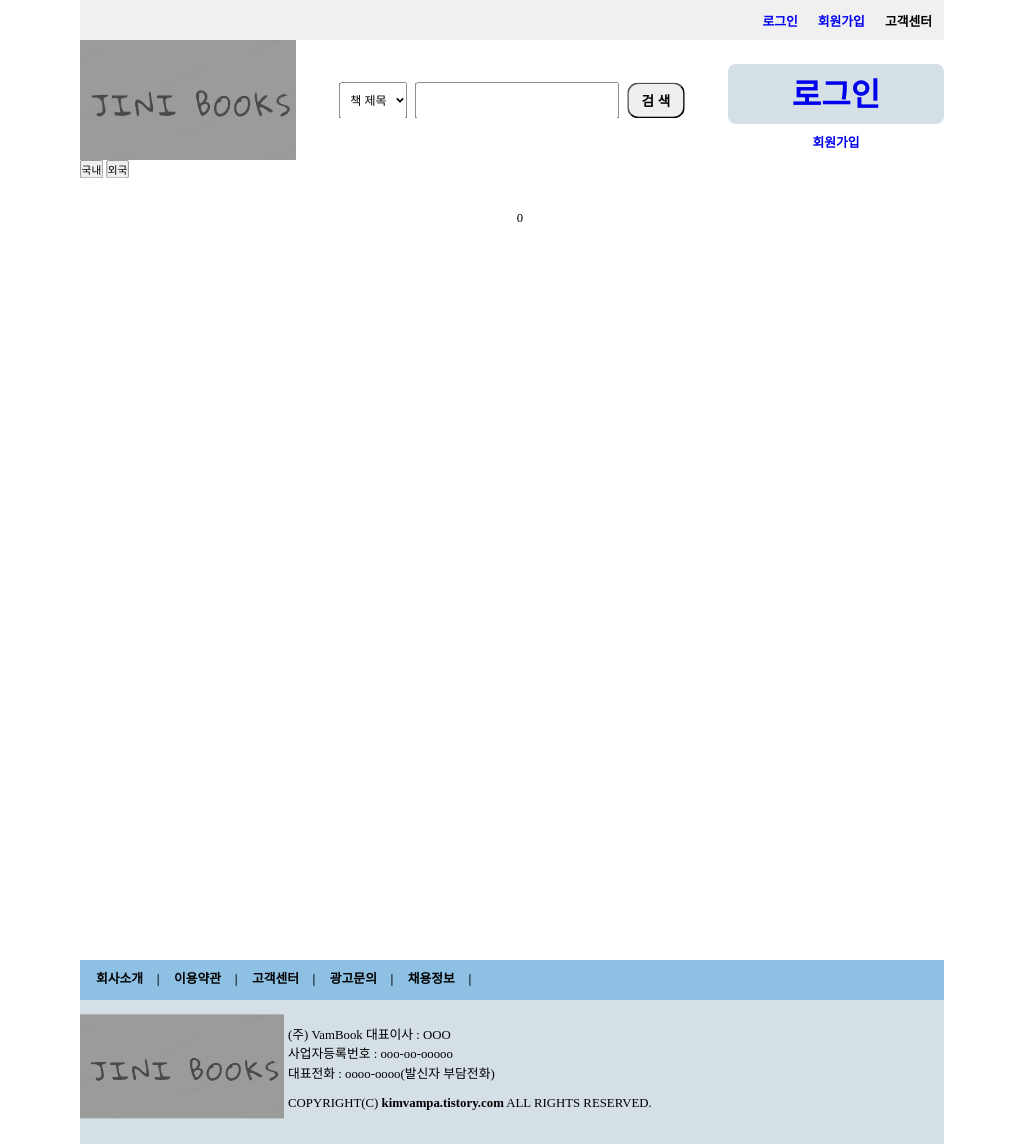
Repository: leechanjin7/ShoppingMall
Page: http://localhost/ShoppingMall/WEB-INF/views/search.jsp
The author's editor kept a copy of each file at every save. The page is drawn from the files as they stood at one save, then again after the next save.
The browser window is 1280 px wide. The pictures show the whole page, at 80% of full size.
The page is served by Tomcat 9. Nobody is signed in. The template is opened directly, without the code that normally fills it, so the values that code supplies are empty.

Above is the page before, as saved 2023-09-12 02:24:17.

After the next save:
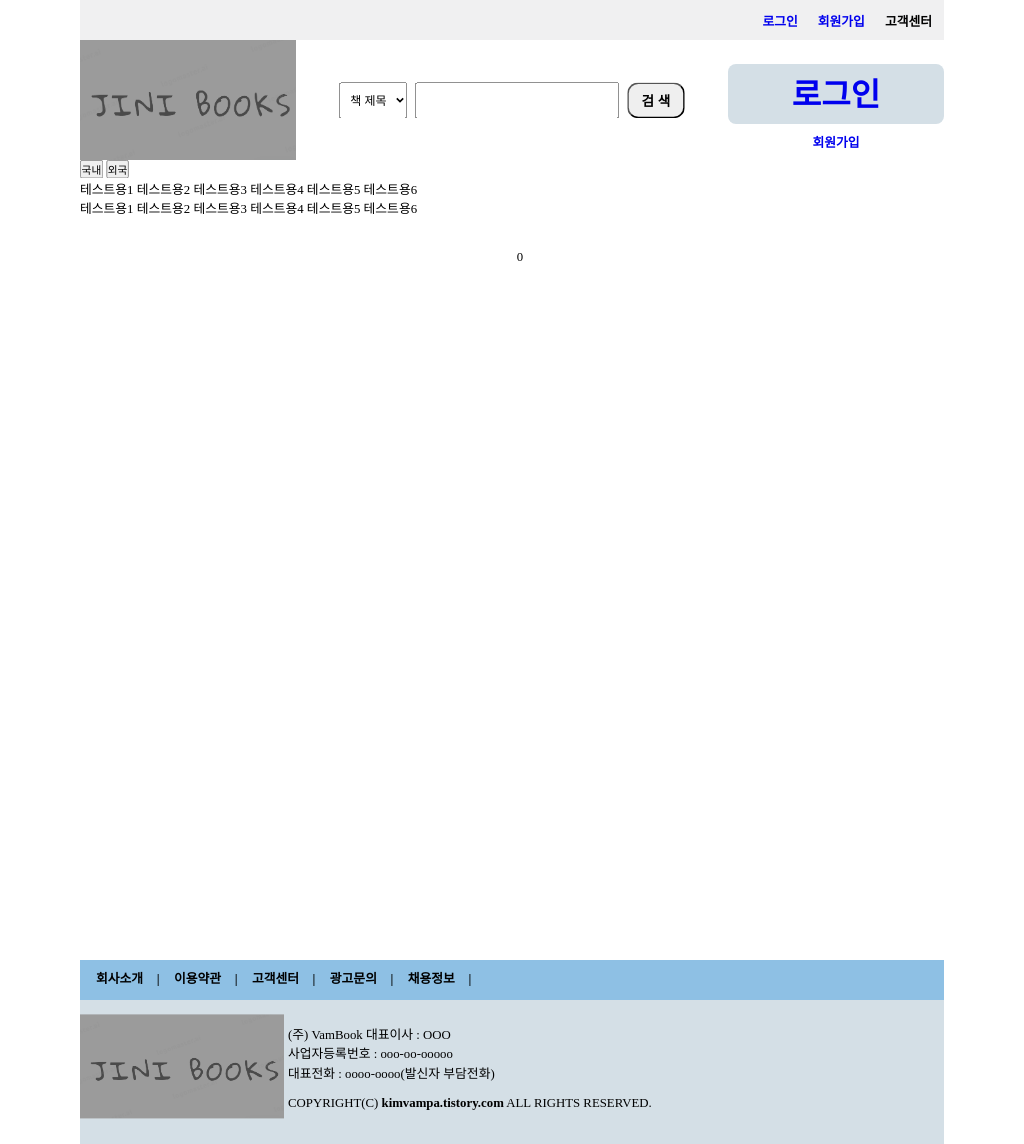
Saved 49 s later.
--- a/workspace/ShoppingMall/src/main/webapp/WEB-INF/views/search.jsp
+++ b/workspace/ShoppingMall/src/main/webapp/WEB-INF/views/search.jsp
@@ -86,6 +86,22 @@
 						<div class="filter_button_wrap">
 							<button class="filter_button filter_active" id="filter_button_a">국내</button>
 							<button class="filter_button" id="filter_button_b">외국</button>
+						</div>
+						<div class="filter_content filter_a">
+							<a>테스트용1</a>
+							<a>테스트용2</a>
+							<a>테스트용3</a>
+							<a>테스트용4</a>
+							<a>테스트용5</a>
+							<a>테스트용6</a>
+						</div>
+						<div class="filter_content filter_b">
+							<a>테스트용1</a>
+							<a>테스트용2</a>
+							<a>테스트용3</a>
+							<a>테스트용4</a>
+							<a>테스트용5</a>
+							<a>테스트용6</a>
 						</div>
 					</div>
 					<div class="list_search_result">
